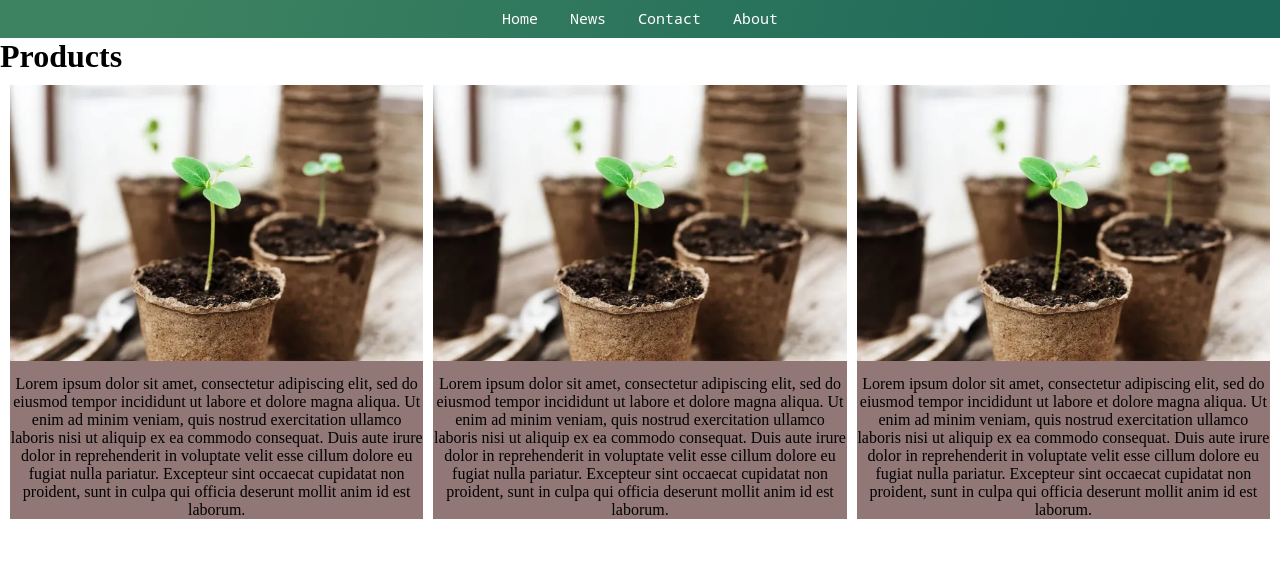
Repository: Flexo874/ISITECH-HTML-CSS
Page: index.html
The author's editor kept a copy of each file at every save. The page is drawn from the files as they stood at one save, then again after the next save.
The browser window is 1280 px wide. The pictures show the whole page.

Above is the page before, as saved 2024-01-02 12:32:33.

### index.html
<!DOCTYPE html>
<html>
<head>
    <title>Navigation Bar</title>
     <link rel="stylesheet" type="text/css" href="./style.css">
</head>
<body>
    <ul>
        <li><a href="#home">Home</a></li>
        <li><a href="#news">News</a></li>
        <li><a href="#contact">Contact</a></li>
        <li><a href="#about">About</a></li>
    </ul>

    <h1> Products</h1>
    <div class="container">
        <div class="item">
            <a>
            <img src="images/semis-prêt-à-être-planté-dans-le-jardin.webp" alt="Logo">
            <p>Lorem ipsum dolor sit amet, consectetur adipiscing elit, sed do eiusmod tempor incididunt ut labore et dolore magna aliqua. Ut enim ad minim veniam, quis nostrud exercitation ullamco laboris nisi ut aliquip ex ea commodo consequat. Duis aute irure dolor in reprehenderit in voluptate velit esse cillum dolore eu fugiat nulla pariatur. Excepteur sint occaecat cupidatat non proident, sunt in culpa qui officia deserunt mollit anim id est laborum.</p>
            </a>
        </div>
        <div class="item">
            <a>
            <img src="images/semis-prêt-à-être-planté-dans-le-jardin.webp" alt="Logo">
            <p>Lorem ipsum dolor sit amet, consectetur adipiscing elit, sed do eiusmod tempor incididunt ut labore et dolore magna aliqua. Ut enim ad minim veniam, quis nostrud exercitation ullamco laboris nisi ut aliquip ex ea commodo consequat. Duis aute irure dolor in reprehenderit in voluptate velit esse cillum dolore eu fugiat nulla pariatur. Excepteur sint occaecat cupidatat non proident, sunt in culpa qui officia deserunt mollit anim id est laborum.</p>
            </a>
        </div>
        <div class="item">
            <a>
            <img src="images/semis-prêt-à-être-planté-dans-le-jardin.webp" alt="Logo">
            <p>Lorem ipsum dolor sit amet, consectetur adipiscing elit, sed do eiusmod tempor incididunt ut labore et dolore magna aliqua. Ut enim ad minim veniam, quis nostrud exercitation ullamco laboris nisi ut aliquip ex ea commodo consequat. Duis aute irure dolor in reprehenderit in voluptate velit esse cillum dolore eu fugiat nulla pariatur. Excepteur sint occaecat cupidatat non proident, sunt in culpa qui officia deserunt mollit anim id est laborum.</p>
            </a>
        </div>
    </div>


</body>
</html>

### style.css
*{
    margin: 0;
    padding: 0;
}
ul {
    list-style-type: none;
    margin: 0;
    padding: 0;
    overflow: hidden;
    background-image: linear-gradient( 109.6deg,  rgba(61,131,97,1) 11.2%, rgba(28,103,88,1) 91.1% );
    display: flex;
    list-style: none;
    box-sizing: border-box  ;
    justify-content: center;
}

li {
    position: relative;

}

li a {
    display: block;
    color: white;
    text-align: center;
    padding: 10px 16px;
    text-decoration: none;
    font-size: 15px;
    transition: .4s ease-in-out;
    position: center;
    font-family: "Noto Mono", monospace;
}

li a:hover {
    background-color: #111;
    border-radius: 5px;
}

.container {
    display: grid;
    grid-template-columns: repeat(3, 1fr);
    grid-auto-rows: minmax(300px, auto);
    gap: 10px;
    padding: 10px;
    border-radius: 100px;
}

.item {
    background-color: #927777;
    display: flex;
    flex-direction: column;
    align-items: center;
    justify-content: center;

}

.item :hover {
    background-color: #111;
    border-radius: 5px;
}

.item img {
    max-width: 100%;
    height: auto;
}

.item p {
    margin-top: 10px;
    text-align: center;
}

After the next save:
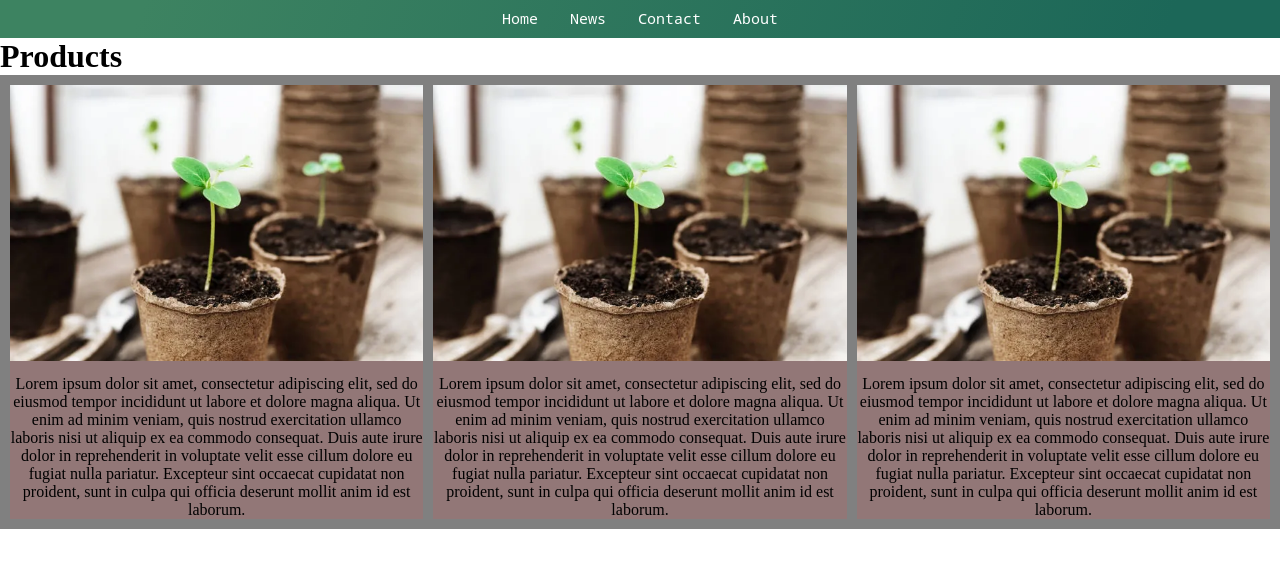
Saved 39 s later.
--- a/style.css
+++ b/style.css
@@ -42,7 +42,7 @@ li a:hover {
     grid-auto-rows: minmax(300px, auto);
     gap: 10px;
     padding: 10px;
-    border-radius: 100px;
+    background-color : grey;
 }
 
 .item {
